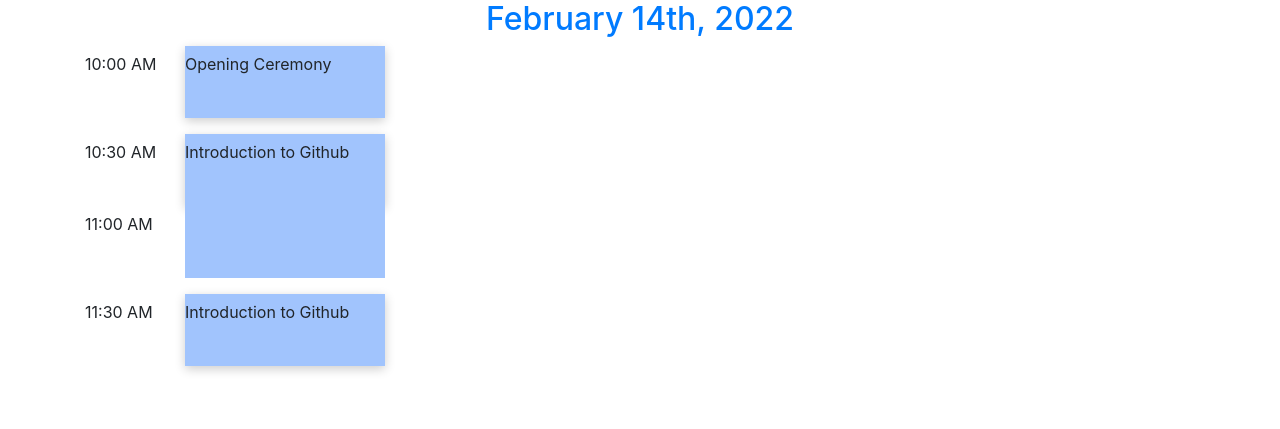
Repository: BaileyLuu/yuHacks2022
Page: public/schedule.html
An editor plug-in stored every save of this project. The page is shown before and after the next save, followed by the edit.
The browser window is 1280 px wide. The pictures show the whole page.
Some web libraries are served in a nearby version.

Above is the page before, as saved 2021-11-20 13:22:13.

### public/schedule.html
<!DOCTYPE html>
<html lang="en">

<head>
    <meta charset="UTF-8">
    <meta http-equiv="X-UA-Compatible" content="IE=edge">
    <meta name="viewport" content="width=device-width, initial-scale=1.0">

    <script src="https://ajax.googleapis.com/ajax/libs/jquery/3.5.1/jquery.min.js"></script>

    <!-- Popper JS -->
    <script src="https://cdnjs.cloudflare.com/ajax/libs/popper.js/1.12.9/umd/popper.min.js"
        integrity="sha384-ApNbgh9B+Y1QKtv3Rn7W3mgPxhU9K/ScQsAP7hUibX39j7fakFPskvXusvfa0b4Q"
        crossorigin="anonymous"></script>

    <!-- Latest compiled JavaScript -->
    <script src="https://maxcdn.bootstrapcdn.com/bootstrap/4.0.0/js/bootstrap.min.js"
        integrity="sha384-JZR6Spejh4U02d8jOt6vLEHfe/JQGiRRSQQxSfFWpi1MquVdAyjUar5+76PVCmYl"
        crossorigin="anonymous"></script>

    <!-- Latest compiled and minified CSS -->
    <link rel="stylesheet" href="https://maxcdn.bootstrapcdn.com/bootstrap/4.0.0/css/bootstrap.min.css"
        integrity="sha384-Gn5384xqQ1aoWXA+058RXPxPg6fy4IWvTNh0E263XmFcJlSAwiGgFAW/dAiS6JXm" crossorigin="anonymous">

    <!-- AOS CSS Library CDN -->
    <link href="https://unpkg.com/aos@2.3.1/dist/aos.css" rel="stylesheet">
    <!-- Bootstrap Icons -->
    <link rel="stylesheet" href="https://cdn.jsdelivr.net/npm/bootstrap-icons@1.7.0/font/bootstrap-icons.css">



    <script src="https://code.jquery.com/jquery-3.2.1.slim.min.js"
        integrity="sha384-KJ3o2DKtIkvYIK3UENzmM7KCkRr/rE9/Qpg6aAZGJwFDMVNA/GpGFF93hXpG5KkN"
        crossorigin="anonymous"></script>
    <link rel="stylesheet" href="./schedule.css">
    <script src="schedule.js"></script>
    <script src="https://ajax.googleapis.com/ajax/libs/jquery/3.3.1/jquery.min.js"></script>
    <title>yuHacks Schedule</title>
</head>

<body>
    <section class="">
        <div class="container">
            <h2 class="text-primary title text-center">February 14th, 2022</h1>

                <!-- <div class="row row-cols-2">
          <div class="col">Column</div>
          <div class="col">Column</div>
          <div class="col">Column</div>
          <div class="col">Column</div>
          <div class="col">Column</div>
          <div class="col">Column</div>

        </div>
        <div class="row row-cols-2">
            <div class="col">Column</div>
            <div class="col">Column</div>
            <div class="col">Column</div>
            <div class="col">Column</div>
            <div class="col">Column</div>
            <div class="col">Column</div>

          </div> -->
                <div class="schedule-table">



                    <div class="box schedule-time mb-3">
                        <div class="schedule-time" style="width: 100px;">10:00 AM</div>
                        <div class="session-box schedule-time">Opening Ceremony</div>

                    </div>
                    <div class="box schedule-time">
                        <div class="schedule-time" style="width: 100px;">10:30 AM</div>
                        <div class="session-box schedule-time">Introduction to Github</div>

                    </div>
                    <div class="box schedule-time mb-3">
                        <div class="schedule-time" style="width: 100px;">11:00 AM</div>
                        <div class="extra-time schedule-time"></div>

                    </div>
                    <div class="box schedule-time">
                        <div class="schedule-time" style="width: 100px;">11:30 AM</div>
                        <div class="session-box schedule-time">Introduction to Github</div>

                    </div>

                    <!-- <div class="col-md-8">
              <div>Introduction to Github</div>
              <div></div>
              <div>Introduction to Bootstrap</div>
          </div> -->

                </div>
        </div>
    </section>

    <script src="https://cdnjs.cloudflare.com/ajax/libs/jquery/3.6.0/jquery.min.js"
        integrity="sha512-894YE6QWD5I59HgZOGReFYm4dnWc1Qt5NtvYSaNcOP+u1T9qYdvdihz0PPSiiqn/+/3e7Jo4EaG7TubfWGUrMQ=="
        crossorigin="anonymous" referrerpolicy="no-referrer"></script>
    <!-- Option 1: Bootstrap Bundle with Popper -->
    <script src="https://cdn.jsdelivr.net/npm/bootstrap@5.1.3/dist/js/bootstrap.bundle.min.js"
        integrity="sha384-ka7Sk0Gln4gmtz2MlQnikT1wXgYsOg+OMhuP+IlRH9sENBO0LRn5q+8nbTov4+1p"
        crossorigin="anonymous"></script>

    <script src="https://unpkg.com/aos@2.3.1/dist/aos.js"></script>
    <script>
        AOS.init({
            offset: 500,
            duration: 800,
            once: true,
        }

        );
    </script>
</body>

</html>

### public/schedule.css
/* body {
    background-color: #141c3c;
  } */

.schedule-time{
  display:flex;
  flex-direction: column;
  width: 200px;
  height:10vh;
  box-sizing: border-box;
  z-index: 50;
  line-height: 5vh;
  flex-wrap: wrap;
}
.session-box{
  /* background-image: linear-gradient(120deg, #a1c4fd 0%, #c2e9fb 100%); */
  background-color:#a1c4fd;
  box-shadow: 0 3px 10px rgb(0 0 0 / 0.2);
  position:relative;
  flex-wrap: wrap;
}
.extra-time{
  /* background-image: linear-gradient(180deg, #c2e9fb 100%, #a1c4fd 100%); */
  background-color:#a1c4fd;
  /* box-shadow: 0 3px 10px rgb(0 0 0 / 0.2); */
  position:relative;
  flex-wrap: wrap;
  border:0;
}
.empty-box{
  background-image: white;
  box-shadow: 0 3px 10px rgb(0 0 0 / 0.2);
  position:relative;
  flex-wrap: wrap;
}
.schedule-table{
  display:flex;
  flex-direction:column;

}
/* .box>* {
  flex: 1 1 70px;
} */

Loaded but not shown: public/schedule.js (no copy from this time; the picture is the same without it)

After the next save:
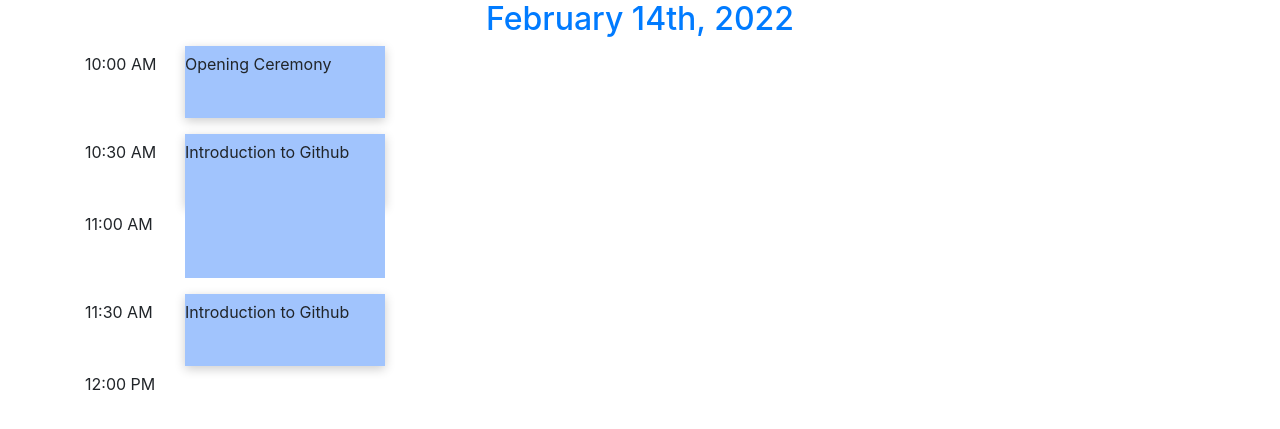
Saved 15 min 2 s later.
--- a/public/schedule.html
+++ b/public/schedule.html
@@ -85,6 +85,10 @@
                         <div class="session-box schedule-time">Introduction to Github</div>
 
                     </div>
+                    <div class="box schedule-time">
+                        <div class="schedule-time" style="width: 100px;">12:00 PM</div>
+
+                    </div>
 
                     <!-- <div class="col-md-8">
               <div>Introduction to Github</div>
